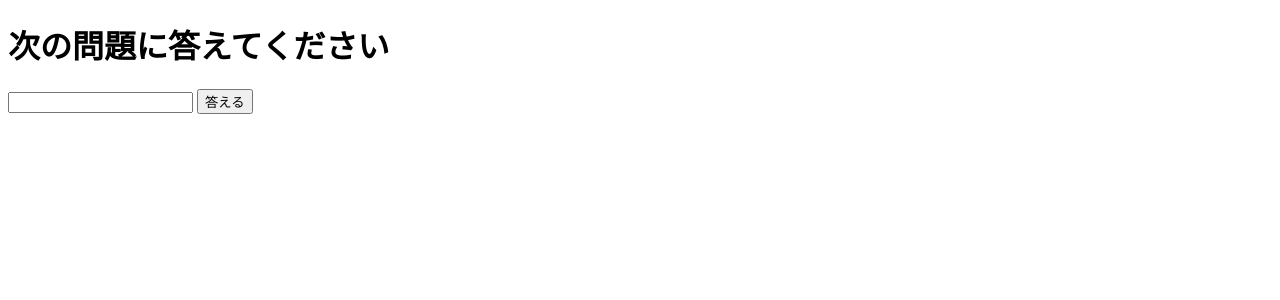
Repository: fujisann1024/javaPro
Page: http://localhost/QuizApp/quizForm.jsp
The author's editor kept a copy of each file at every save. The page is drawn from the files as they stood at one save, then again after the next save.
The browser window is 1280 px wide. The pictures show the whole page.
The page is served by Tomcat 9. Nobody is signed in. The application's start-up code is not run. Other server files are loaded and not shown.

Above is the page before, as saved 2020-09-25 11:40:07.

### QuizApp/WebContent/quizForm.jsp
<%@ page language="java" contentType="text/html; charset=UTF-8"
    pageEncoding="UTF-8"%>
<!DOCTYPE html>
<html>
<head>
<meta charset="UTF-8">
<title>Insert title here</title>
</head>
<body>
<h1>次の問題に答えてください</h1>
<!-- 問題文が表示される -->
<% %>
<!--
	解答に答えるためのformタグを作成
 	action="/プロジェクト名/サーブレットファイル"
 	method=post(doPostに送る)またはget(doGetに送る)を指定							          -->
<form action="/QuizApp/Quiz.java">
	<input type="number" name="answer">
	<input type="submit" value="答える">
</form>

</body>
</html>

After the next save:
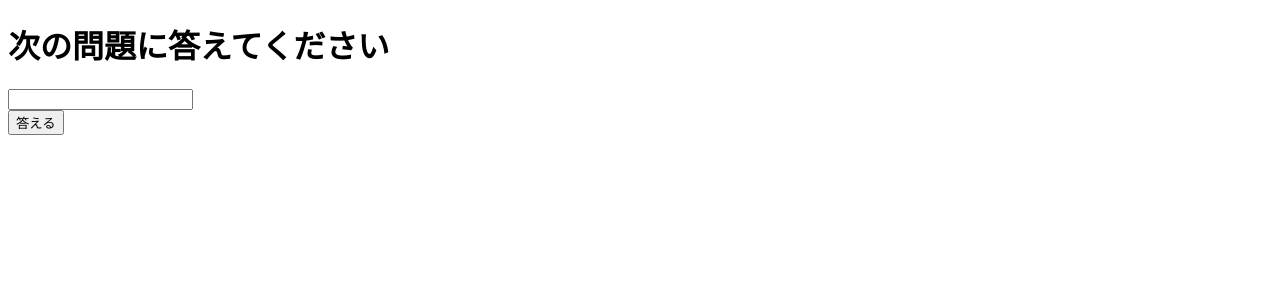
Saved 46 s later.
--- a/QuizApp/WebContent/quizForm.jsp
+++ b/QuizApp/WebContent/quizForm.jsp
@@ -15,7 +15,7 @@
  	action="/プロジェクト名/サーブレットファイル"
  	method=post(doPostに送る)またはget(doGetに送る)を指定							          -->
 <form action="/QuizApp/Quiz.java">
-	<input type="number" name="answer">
+	<input type="number" name="answer"><br>
 	<input type="submit" value="答える">
 </form>
 
